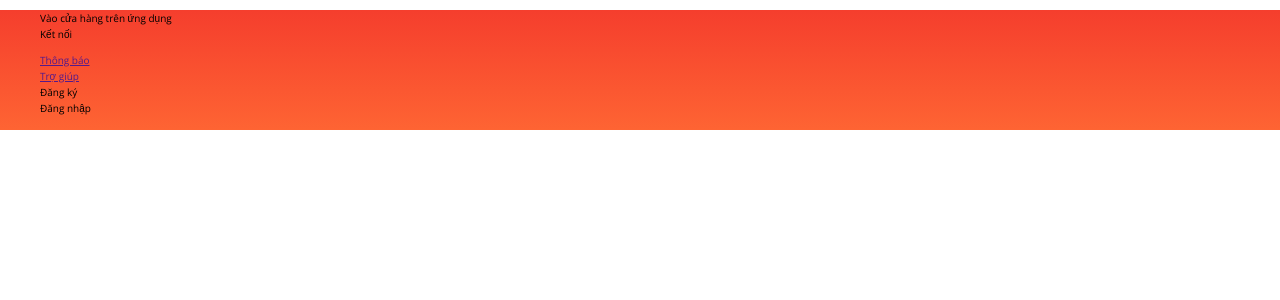
Repository: trongtamdev/Clone-Shopee-Page
Page: index.html
An editor plug-in stored every save of this project. The page is shown before and after the next save, followed by the edit.
The browser window is 1280 px wide. The pictures show the whole page.

Above is the page before, as saved 2022-07-05 15:33:36.

### index.html
<!DOCTYPE html>
<html lang="en">

<head>
    <meta charset="UTF-8">
    <meta http-equiv="X-UA-Compatible" content="IE=edge">
    <meta name="viewport" content="width=device-width, initial-scale=1.0">
    <title>Document</title>
    <link rel="stylesheet" href="https://cdnjs.cloudflare.com/ajax/libs/normalize/8.0.1/normalize.min.css">
    <link rel="stylesheet" href="assets/css/base.css">
    <link rel="stylesheet" href="assets/css/main.css">
    <link href="https://fonts.googleapis.com/css2?family=Open+Sans:wght@300;400;500;700&display=swap" rel="stylesheet">
</head>
    <div class="app">
        <header class="header">
            <nav class="header__navbar">
                <ul class="header__navbar-list">
                    <li class="header__navbar-item">
                        Vào cửa hàng trên ứng dụng
                    </li>
                    <li class="header__navbar-item">
                        Kết nối
                    </li>
                </ul>

                <ul class="header__navbar-list">
                    <li class="header__navbar-item">
                        <a href="" class="header__navbar-item-link">Thông báo</a>
                    </li>

                    <li class="header__navbar-item">
                        <a href="" class="header__navbar-item-link">Trợ giúp</a>
                    </li>

                    <li class="header__navbar-item">Đăng ký</li>
                    <li class="header__navbar-item">Đăng nhập</li>
                </ul>
            </nav>
        </header>

        <div class="container">

        </div>

        <footer class="footer">

        </footer>
    </div>

<body>

</body>

</html>

### assets/css/base.css
:root {
    --white-color :#fff;
    --back-color :#000;
    --text-color : #333;
}

*{
    box-sizing: inherit;
}

html {
    font-size: 62.5%;
    line-height: 1.6rem;
    font-family: 'Open Sans', sans-serif;;
    box-sizing: border-box;
}

.grid {
    width: 1200px;
    max-width: 100%;
    margin: 0 auto;
}

.grid__full-width {
    width: 100%;
}

.grid__row {
    display: flex;
    flex-wrap: wrap
}

### assets/css/main.css
.header {
    height: 120px;
    background-image: linear-gradient(0, #fe6433, #f53e2d);
}

.header__navbar-list {
    list-style: none;
}

After the next save:
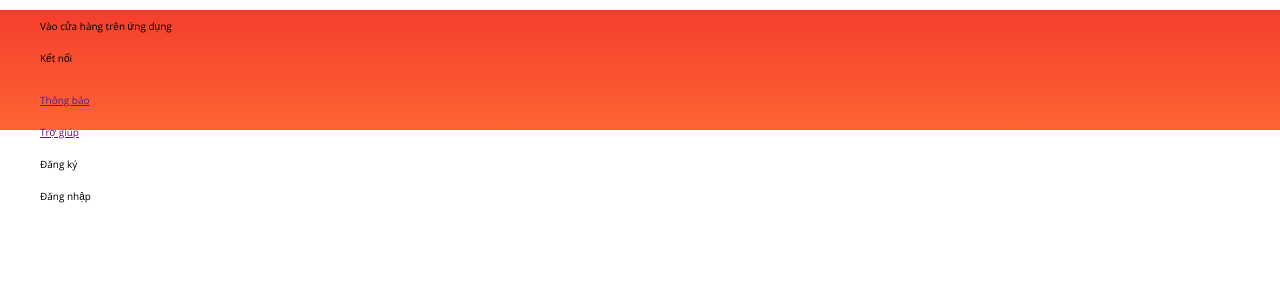
Saved 19 s later.
--- a/assets/css/base.css
+++ b/assets/css/base.css
@@ -10,7 +10,7 @@
 
 html {
     font-size: 62.5%;
-    line-height: 1.6rem;
+    line-height: 3.2rem;
     font-family: 'Open Sans', sans-serif;;
     box-sizing: border-box;
 }

After the save that followed:
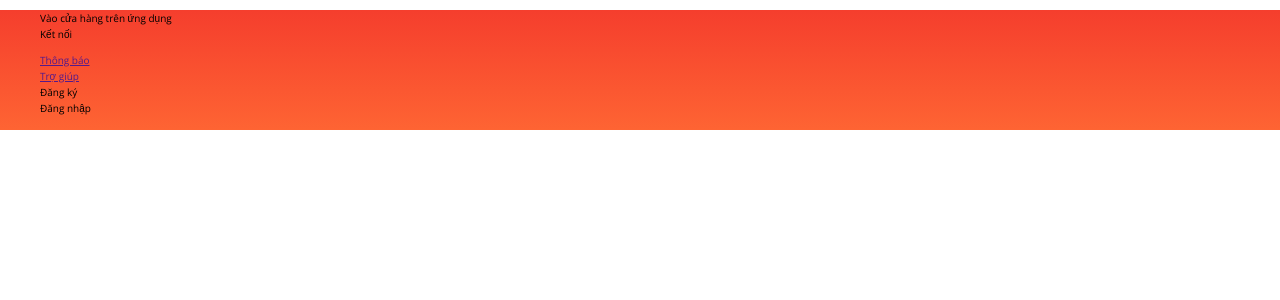
Saved 6 s later.
--- a/assets/css/base.css
+++ b/assets/css/base.css
@@ -10,7 +10,7 @@
 
 html {
     font-size: 62.5%;
-    line-height: 3.2rem;
+    line-height: 1.6rem;
     font-family: 'Open Sans', sans-serif;;
     box-sizing: border-box;
 }
